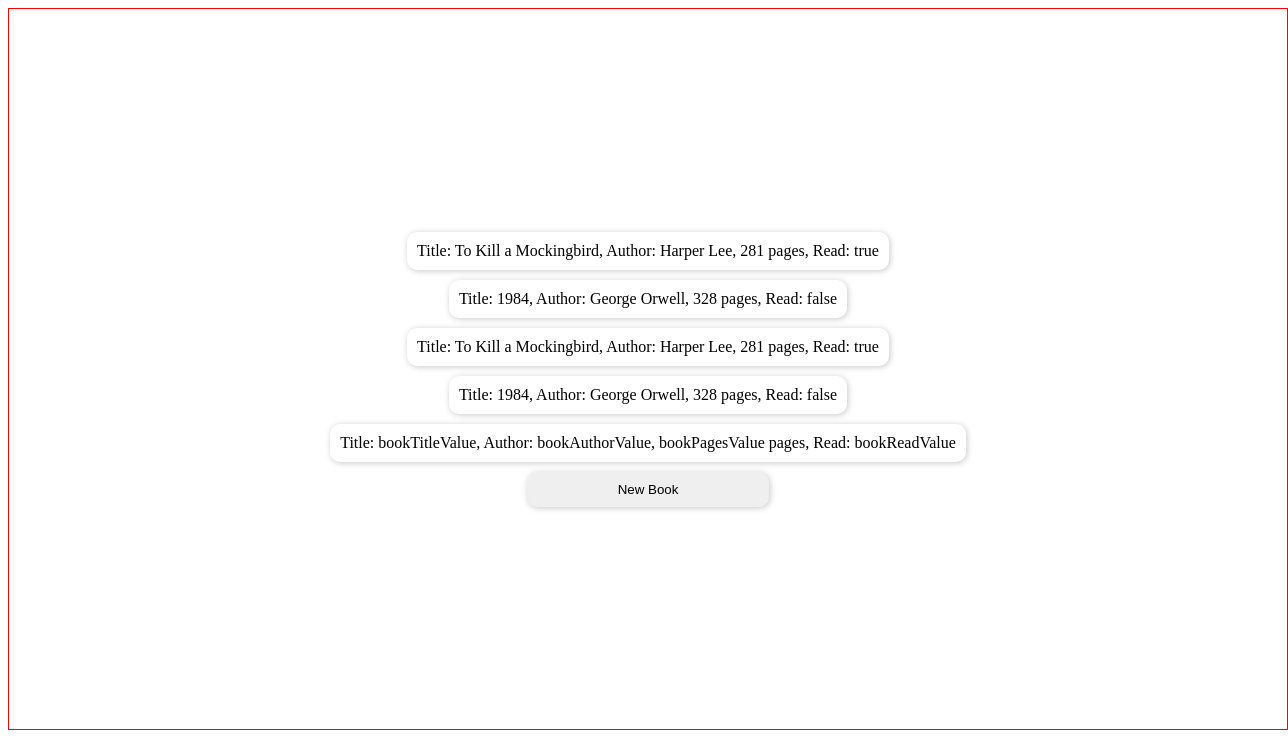
Repository: kocokoy/library
Page: index.html
An editor plug-in stored every save of this project. The page is shown before and after the next save, followed by the edit.
The browser window is 1280 px wide. The page is 1288 px wide, so the pictures cover 1288 px, including what lies to the right of the window. The pictures show the whole page.
After loading, the first visible `button.new-book-button` was clicked once.

Above is the page before, as saved 2024-11-05 17:38:53.

### index.html
<!DOCTYPE html>
<html lang="en">
<head>
  <meta charset="UTF-8">
  <meta name="viewport" content="width=device-width, initial-scale=1.0">
  <link rel="stylesheet" href="style.css">
  <title>Document</title>
</head>
<body>
  <div class="container">
    <div class="book-display jsBookDisplay">
    </div>
    <button class="new-book-button jsNewBookButton">New Book</button>
  </div>
  <!-- <input class="jsBookTitle" type="text">
  <input class="jsBookAuthor" type="text">
  <input class="jsBookPages" type="text">
  <input class="jsBookRead" type="text">
 -->

<script src="script.js"></script>
</body>
</html>

### style.css
body{
  width: 100%;
  height: 100vh;
}
.container{
  display: flex;
  flex-direction: column;
  justify-content: center;
  align-items: center;
  border: 1px solid red;
  height: 100%;
}
.book-display{
  display: flex;
  flex-direction: column;
  justify-content: center;
  align-items: center;
}
.book-card{
  box-shadow: 1px 1px 6px  rgba(0, 0, 0, 0.219);
  padding: 10px;
  border-radius: 10px;
  display: flex;
  flex-direction: row;
  justify-content: center;
  align-items: center;
  margin: 5px;
}

.new-book-button{
  padding: 10px;
  margin: 5px;
  border-radius: 10px;
  border: none;
  box-shadow: 1px 1px 6px  rgba(0, 0, 0, 0.219);
  width: 19%;
}

### script.js
const bookTitleElement = document.querySelector('.jsBookTitle');
const bookAuthorElement = document.querySelector('.jsBookAuthor');
const bookPagesElement = document.querySelector('.jsBookPages');
const bookReadElement = document.querySelector('.jsBookRead');
const bookButtonElement = document.querySelector('.jsNewBookButton');
const bookDisplayElement = document.querySelector('.jsBookDisplay');

const myLibrary = [
  {title: 'To Kill a Mockingbird', author: 'Harper Lee', pages: 281, read: true},
  {title: '1984', author: 'George Orwell', pages: 328, read: false},
];


displayBookToLibrary();

function Book(title,author,pages,read) {
  this.title = title;
  this.author = author;
  this.pages = pages;
  this.read = read;
  this.info = function(){
    const bookObj = {
      title: this.title,
      author: this.author,
      pages: this.pages,
      read: this.read,
    }
    return bookObj;
  };
}

function addBookToLibrary(title,author,pages,read) {
  const book = new Book(title,author,pages,read);
  myLibrary.push(book.info());
}

function displayBookToLibrary(){
  myLibrary.forEach(book => {
    const div = document.createElement('div');
    div.classList.add('book-card');
    div.innerHTML = `
      <div>Title: ${book.title}, Author: ${book.author}, ${book.pages} pages, Read: ${book.read}</div>
    `
    bookDisplayElement.appendChild(div);
    console.log(book);
  })
}

bookButtonElement.addEventListener('click', () => {
  // const bookTitleValue = bookTitleElement.value;
  // const bookAuthorValue = bookAuthorElement.value;
  // const bookPagesValue = bookPagesElement.value;
  // const bookReadValue = bookReadElement.value;
  // bookTitleElement.value = '';
  // bookAuthorElement.value = '';
  // bookPagesElement.value = '';
  // bookReadElement.value = '';
  // addBookToLibrary(bookTitleValue,bookAuthorValue,bookPagesValue,bookReadValue);
  addBookToLibrary('bookTitleValue','bookAuthorValue','bookPagesValue','bookReadValue');
  displayBookToLibrary();

  console.log(myLibrary);
})

After the next save:
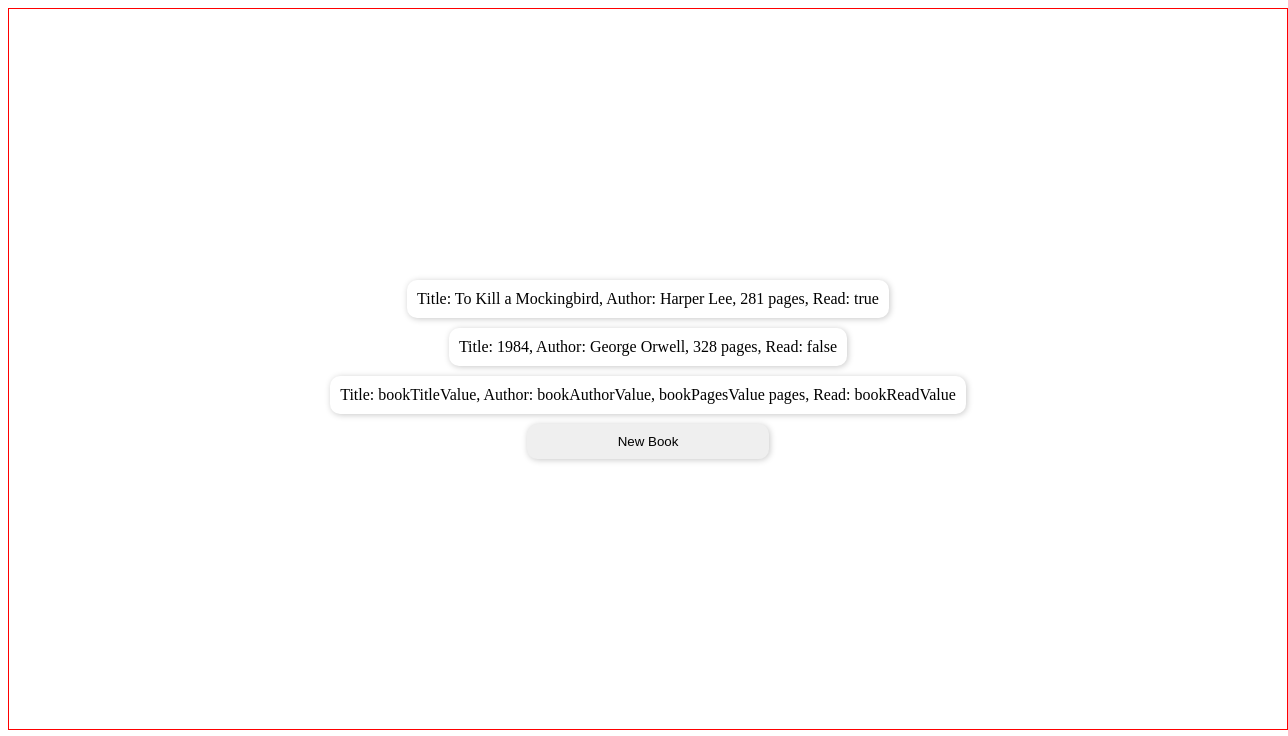
Saved 4 min 12 s later.
--- a/script.js
+++ b/script.js
@@ -35,6 +35,9 @@ function addBookToLibrary(title,author,pages,read) {
 }
 
 function displayBookToLibrary(){
+
+  bookDisplayElement.innerHTML = '';
+
   myLibrary.forEach(book => {
     const div = document.createElement('div');
     div.classList.add('book-card');
